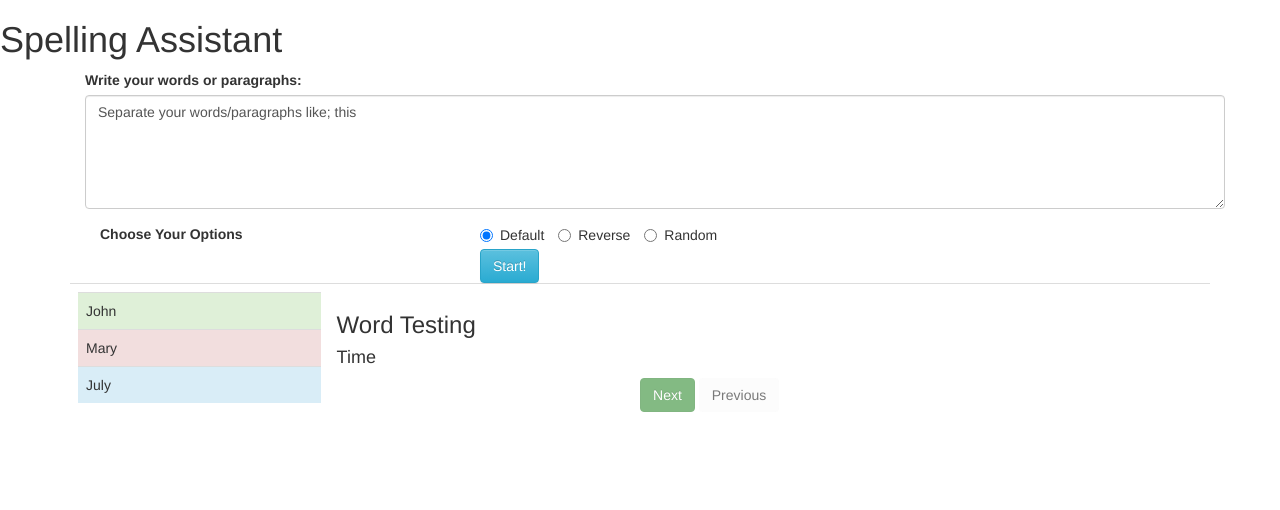
Repository: derruba2000/spelling.assistant
Page: index.html
The author's editor kept a record of every edit. The page is drawn from the files as they stood at one moment, then again after the next edit.
The browser window is 1280 px wide. The pictures show the whole page.
Some web libraries are served in a nearby version.

Above is the page before.
Console error: SyntaxError: Unexpected token '<'

### index.html
<!DOCTYPE html>
<html lang="en">

<head>
    <meta charset="utf-8">
    <meta http-equiv="X-UA-Compatible" content="IE=edge">
    <meta name="viewport" content="width=device-width, initial-scale=1">
    <title>Spelling Assistant</title>

    <link rel="stylesheet" href="https://maxcdn.bootstrapcdn.com/bootstrap/3.3.4/css/bootstrap.min.css">
    <link rel="stylesheet" href="https://maxcdn.bootstrapcdn.com/bootstrap/3.3.4/css/bootstrap-theme.min.css">


</head>

<body>
    <h1>Spelling Assistant</h1>
    <div class="container">

        <div class="container">
            <form role="form">
                <div class="form-group">
                    <label for="comment">Write your words or paragraphs:</label>
                    <textarea class="form-control" rows="5" id="word list">Separate your words/paragraphs like; this </textarea>
                </div>
            </form>
        </div>


        <!-- Multiple Radios (inline) -->
        <div class="container">
            <div class="form-group">
                <label class="col-md-4 control-label" for="Options">Choose Your Options</label>
                <div class="col-md-4">
                    <label class="radio-inline" for="Options-0">
                        <input type="radio" name="Options" id="Options-0" value="1" checked="checked"> Default
                    </label>
                    <label class="radio-inline" for="Options-1">
                        <input type="radio" name="Options" id="Options-1" value="2"> Reverse
                    </label>
                    <label class="radio-inline" for="Options-2">
                        <input type="radio" name="Options" id="Options-2" value="3"> Random
                    </label>
                </div>
            </div>
        </div>

        <!-- Button -->
        <div class="container">
            <div class="form-group">
                <label class="col-md-4 control-label" for="submitbutton"></label>
                <div class="col-md-4">
                    <button id="submitbutton" name="submitbutton" onclick="createlist()" class="btn btn-info"> Start! </button>
                </div>
            </div>
        </div>


    </div>
    <div class="container">
        <table class="table">
            <tbody>
                <tr>
                    <td>
                        <table class="table" id="wordtable">
                            <tbody>
                                <tr class="success">
                                    <td>John</td>
                                </tr>
                                <tr class="danger">
                                    <td>Mary</td>
                                </tr>
                                <tr class="info">
                                    <td>July</td>
                                </tr>
                            </tbody>
                        </table>
                    </td>
                    <td>
                        <div id="currentword">
                            <h3>Word Testing</h3>
                        </div>
                        <div id="timecount">
                            <h4>Time</h4>
                        </div>




                        <div class="form-group">
                            <label class="col-md-4 control-label" for="nextbutton"></label>
                            <div class="col-md-8">
                                <button id="nextbutton" name="nextbutton" onclick="nextword()" class="btn btn-success" disabled> Next </button>
                                <button id="previousbutton" name="previousbutton" onclick="previousword()" class="btn btn-inverse" disabled>Previous</button>
                            </div>
                        </div>
                    </td>
                </tr>
            </tbody>
        </table>
    </div>




    <script src="https://ajax.googleapis.com/ajax/libs/jquery/1.11.2/jquery.min.js"></script>
    <script src="https://maxcdn.bootstrapcdn.com/bootstrap/3.3.4/js/bootstrap.min.js"></script>

    <script src="scripts/assistant.js"></script>
</body>

</html>

### scripts/assistant.js
'use strict';

var maxvisiblerows = 5;
var exerciselist;
var viewlist = 0;
var exercisetime;
var steptime;
var timerVar;

function createlist() {

    maxvisiblerows = 5;

    var textlist = document.getElementById("word list").value;
    var strlist = textlist.split(";");
    var radios = document.getElementsByName("Options");
    var radiooption;

    for (var i = 0, length = radios.length; i < length; i++) {
        if (radios[i].checked) {
            console.log("Options selected:" + radios[i].value);
            radiooption= radios[i].value;
            break;
        }
    }

    for (var k = 0; k < strlist.length; k++) {
        console.log("->" + k + ":" + strlist[k]);
    }

    exerciselist = strlist.slice();
    // Reverse Order
    if (2==radiooption){
        for (var k = 0; k < strlist.length; k++) {
          exerciselist[k] = strlist[strlist.length -(1+k)];
        }
    }


    // Random Order
    if (3==radiooption){
        var randomcontrol=strlist.slice();;
        for (var k = 0; k < strlist.length; k++) {
            randomcontrol[k]=-1;
        }
        for (var k = 0; k < strlist.length; k) {
            var tmp = Math.round(Math.random()*(strlist.length-1));
            var exists = false;
            // checks if number exists in array
            for (var k2=0; k2<k; k2++){
                if (randomcontrol[k2] == tmp){
                    exists = true;
                }
            }
            if (false==exists){
                console.log("Added " + strlist[tmp] + ":" + tmp);
                exerciselist[k]=strlist[tmp];
                randomcontrol[k]=tmp;
                k++;
            }
          exerciselist[k] = strlist[strlist.length -(1+k)];
        }
    }

    exercisetime = new Date();
    steptime = new Date();
    timerVar = setInterval(function(){myTimer()},1000);

    if (strlist.length < maxvisiblerows) maxvisiblerows = strlist.length;
    renderTable(0);

}

function nextword(){
    renderTable(++viewlist);
    steptime = new Date();
}

function previousword(){
    renderTable(--viewlist);
    steptime = new Date();
}


function renderTable(l) {
    // Renders List
    var table = document.getElementById("wordtable");
    document.getElementById("nextbutton").disabled = false;
    document.getElementById("previousbutton").disabled = false;

    if (l<= 0){
        l = 0;
        viewlist=0;
        document.getElementById("nextbutton").disabled = false;
        document.getElementById("previousbutton").disabled = true;
    }
    if (l== exerciselist.length) {
        l=exerciselist.length-1;
        viewlist=l;
        document.getElementById("nextbutton").disabled = true;
    }

    // delete rows
    var l2 = table.rows.length;
    if (table.rows.length > 0) {
        for (var k = 0; k < l2; k++){
            table.deleteRow(0);
        }
    }

    l2 = maxvisiblerows;
    if (l + maxvisiblerows >= exerciselist.length) l2 = exerciselist.length - l;

    for (var k = 0; k < l2; k++) {
        var row = table.insertRow(k);
        var newcell = row.insertCell(0);
        newcell.innerHTML = "(" + (l+1+k)+ "/" + exerciselist.length + ")" + " " + exerciselist[k+l];

        if (0==k){
         newcell.className = "danger";
         document.getElementById("currentword").innerHTML="<h3>"+exerciselist[k+l] +"</h3>";

         var tts = "<iframe src=\"http://translate.google.com/translate_tts?ie=UTF-8&tl=en-gb" ;

         tts +=

         document.getElementById("ttstag").innerHTML="<h3>"+exerciselist[k+l] +"</h3>";


          <iframe src="http://translate.google.com/translate_tts?ie=UTF-8&q=Spelling%20Assistant&tl=en-gb">
                                <p>Your browser does not support iframes.</p>
                            </iframe>
        }

    }
}


function myTimer() {
    var d = new Date();

    document.getElementById("timecount").innerHTML = "<p><strong> Total time:" + dateDiff(exercisetime,d) + "</strong></p> Step Time:" + dateDiff(steptime,d);
}


function dateDiff(date1, date2){


    var diff = (date2 - date1)/1000;
    var diff = Math.abs(Math.floor(diff));

    var days = Math.floor(diff/(24*60*60));
    var leftSec = diff - days * 24*60*60;

    var hrs = Math.floor(leftSec/(60*60));
    var leftSec = leftSec - hrs * 60*60;

    var min = Math.floor(leftSec/(60));
    var leftSec = leftSec - min * 60;

    if (hrs < 10) hrs= "0" + hrs;
    if (min < 10) min= "0" + min;
    if (leftSec < 10) leftSec= "0" + leftSec;

    return hrs + ":" + min + ":" + leftSec;

 }

After the next edit:
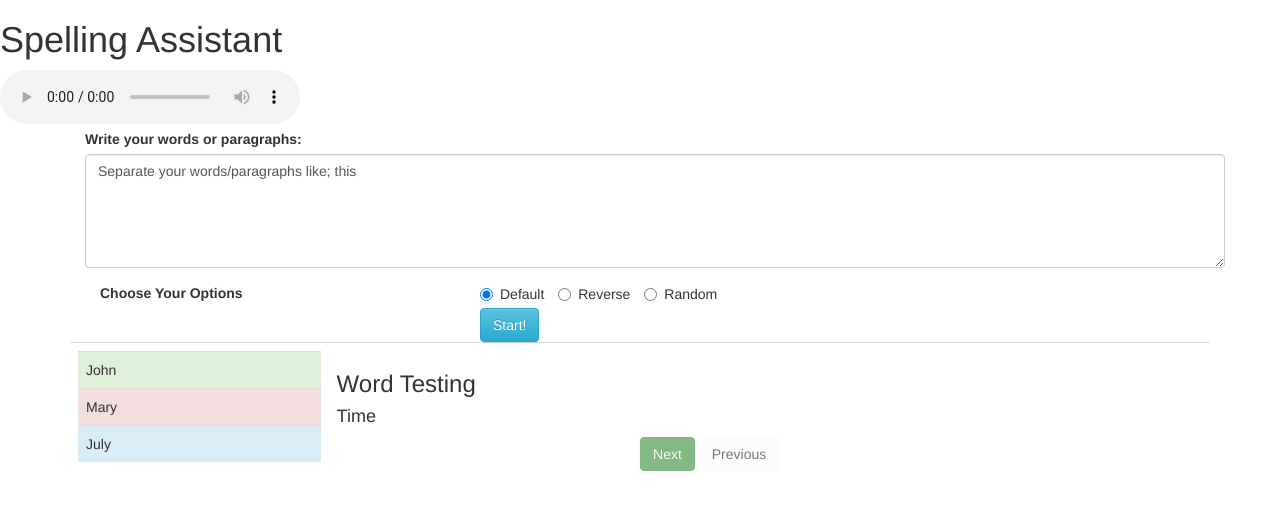
The edit:
--- a/index.html
+++ b/index.html
@@ -15,6 +15,14 @@
 
 <body>
     <h1>Spelling Assistant</h1>
+
+        <audio src="http://translate.google.com/translate_tts?tl=en&q=%27It%20is%20really%20simple,%20as%20you%20See%27" controls="controls"></audio>
+
+    <frameset cols="25%">
+        <frame src="test.html">
+    </frameset>
+
+
     <div class="container">
 
         <div class="container">
